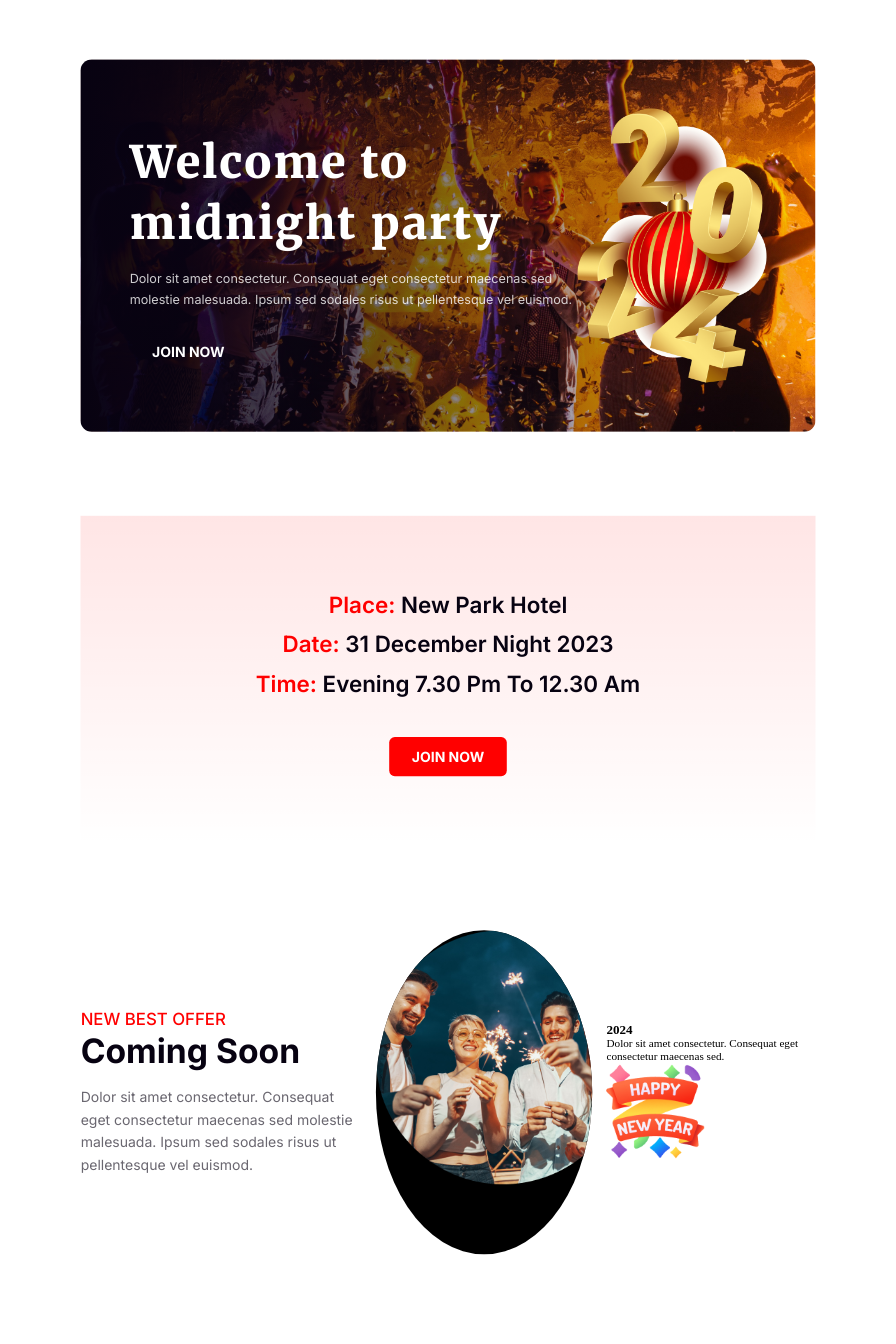
Repository: rahmatahmedrifat/First-Assignment
Page: index.html
An editor plug-in stored every save of this project. The page is shown before and after the next save, followed by the edit.
The browser window is 1280 px wide. The pictures show the part of the page from y = 1577 to 3497 px (the page is 3497 px tall before and 3401 px after), at 70% of full size.

Above is the page before, as saved 2024-01-08 16:24:47.

After the next save:
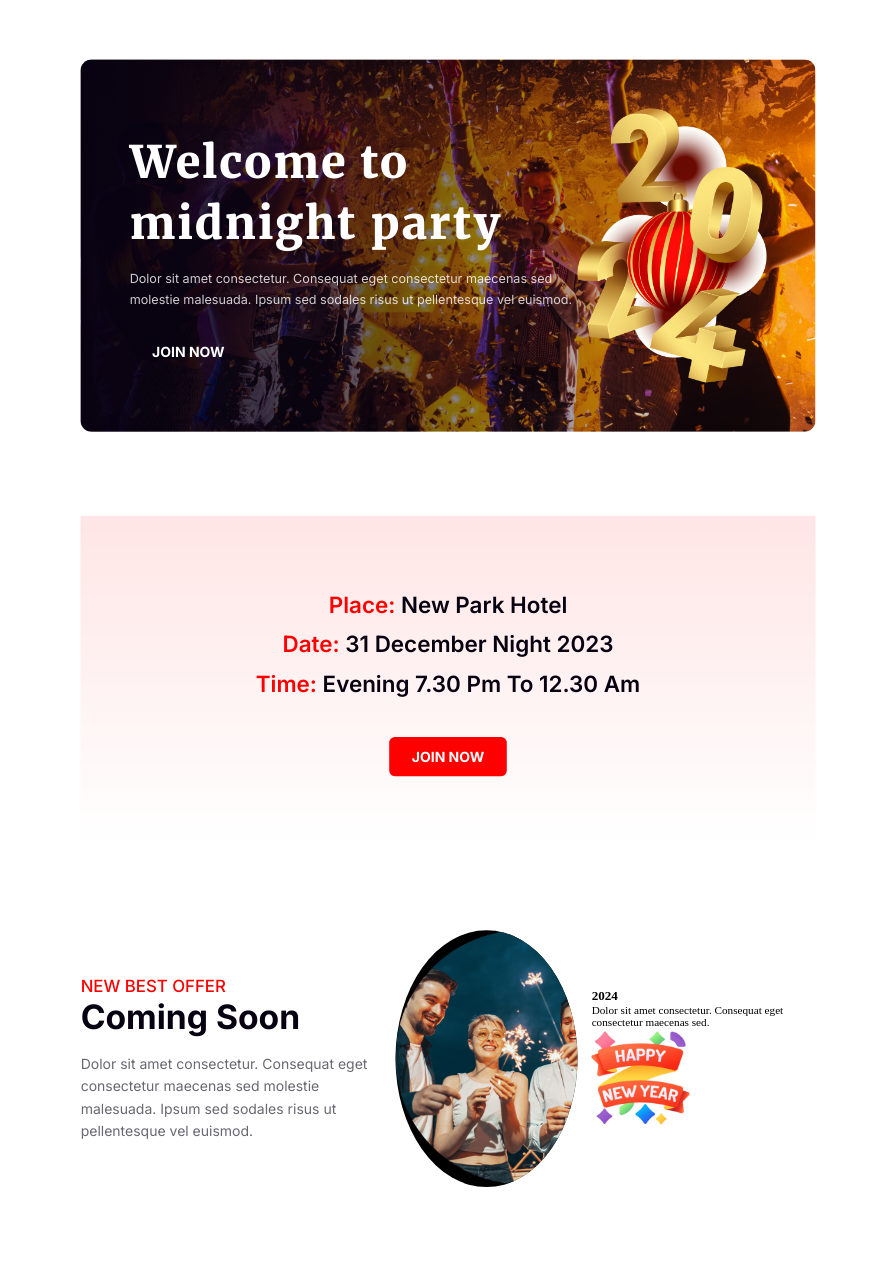
Saved 24 s later.
--- a/Style/style.css
+++ b/Style/style.css
@@ -220,8 +220,8 @@
     width: 600px;
 }
 .best-offer-img-content{
-    height: 463px;
-    width: 463px;
+    max-height: 463px;
+    max-width: 463px;
     background-color: #000;
     border-radius: 50%;
     position: relative;
